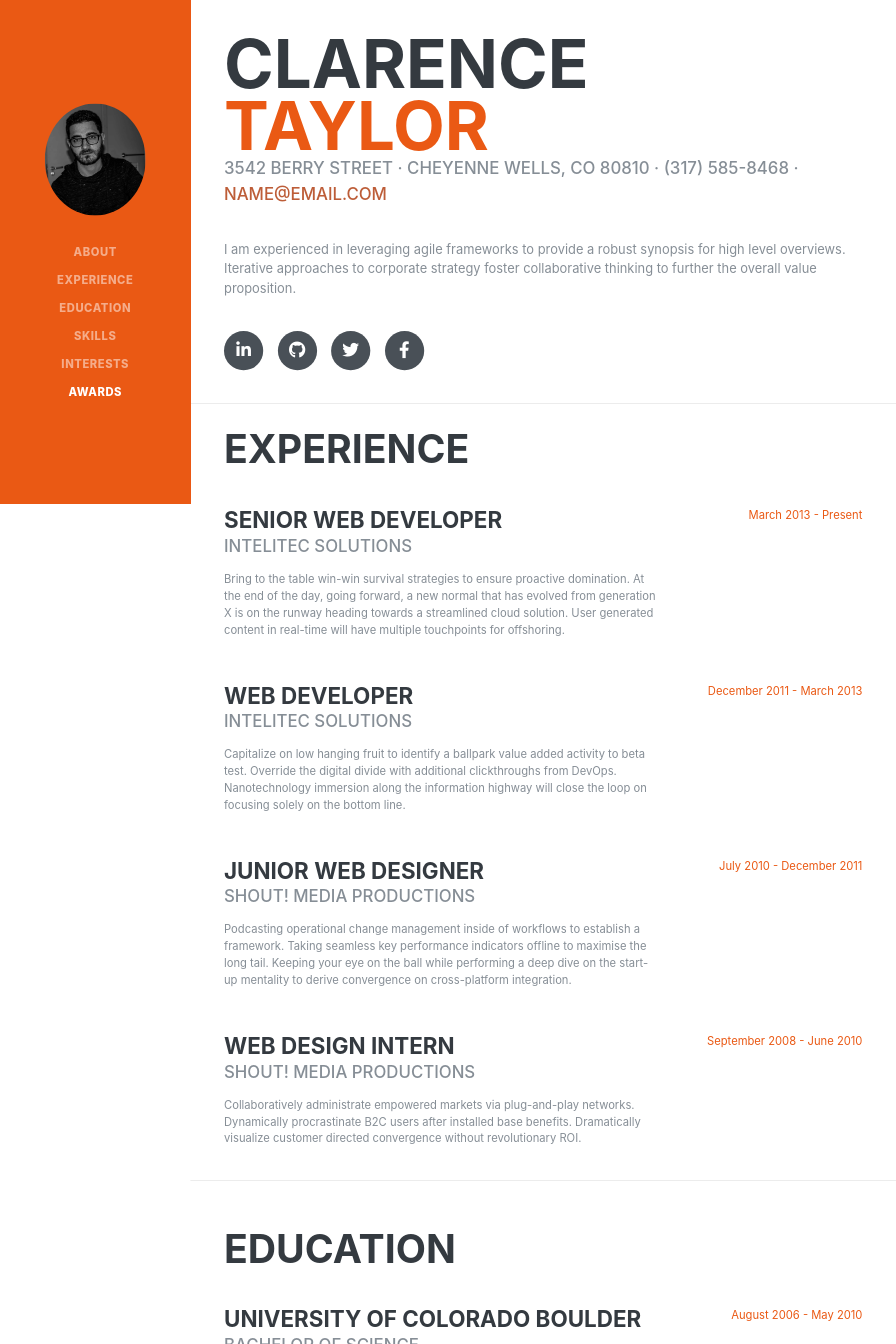
Repository: gello94/antonio_augello_online_Resume
Page: http://localhost/
The author's editor kept a record of every edit. The page is drawn from the files as they stood at one moment, then again after the next edit.
The browser window is 1280 px wide. The pictures show the part of the page from y = 0 to 1920 px (the page is 3994 px tall), at 70% of full size.
Some web fonts or font styles are not loaded; a fallback is used. The page is served by the project's application, run on Flask 3 (run.py).

Above is the page before.

After the next edit:
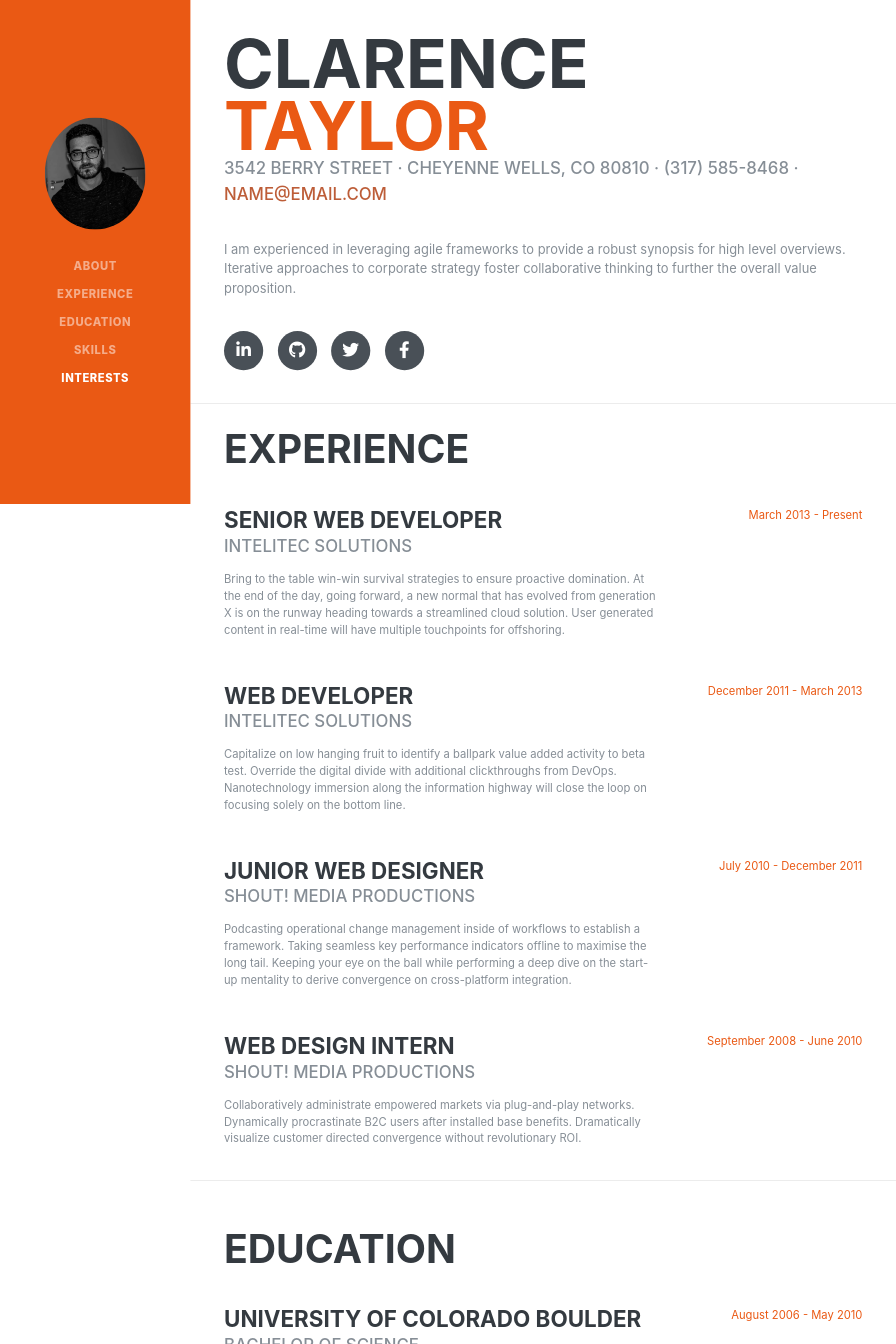
The edit:
--- a/templates/index.html
+++ b/templates/index.html
@@ -53,9 +53,6 @@
         <li class="nav-item">
           <a class="nav-link js-scroll-trigger" href="#interests">Interests</a>
         </li>
-        <li class="nav-item">
-          <a class="nav-link js-scroll-trigger" href="#awards">Awards</a>
-        </li>
       </ul>
     </div>
   </nav>
